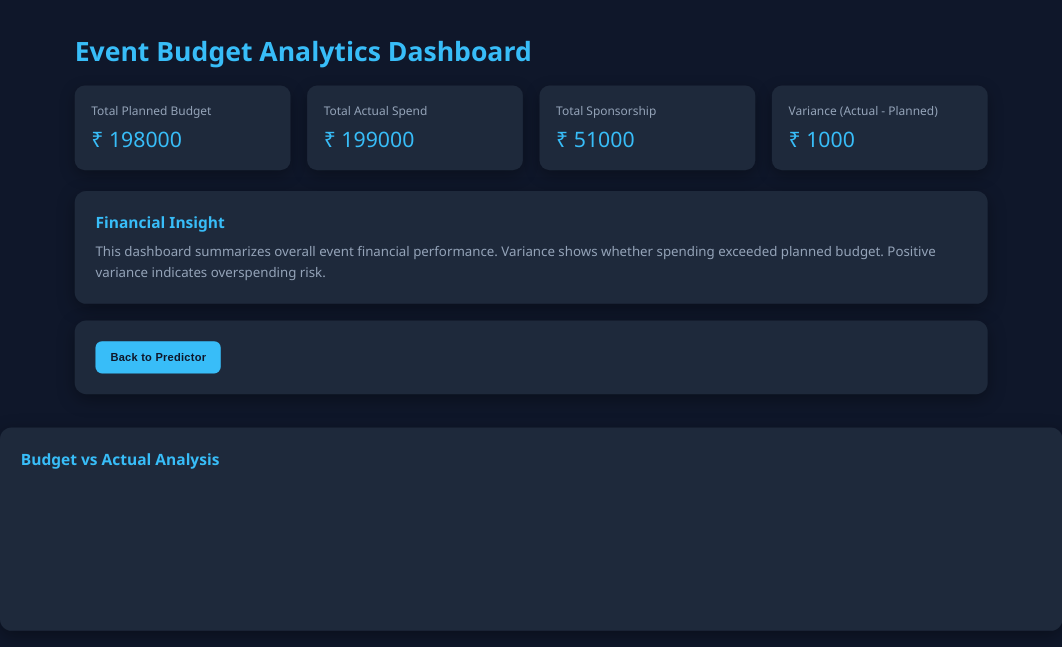
Repository: PratapOP/event-budget-analytics
Page: http://localhost/dashboard
An editor plug-in stored every save of this project. The page is shown before and after the next save, followed by the edit.
The browser window is 1280 px wide. The pictures show the whole page, at 83% of full size.
The page is served by the project's application, run on Flask 3 (app.py).

Above is the page before, as saved 2026-02-21 03:06:19.

### data/event_data.csv
Date,Category,Planned,Actual,Sponsorship
2026-01-01,Marketing,15000,18000,5000
2026-01-02,Logistics,12000,10000,0
2026-01-03,Food,20000,22000,3000
2026-01-04,Venue,30000,28000,10000
2026-01-05,Marketing,15000,13000,4000
2026-01-06,Logistics,10000,11000,2000
2026-01-07,Food,22000,25000,5000
2026-01-08,Venue,35000,33000,12000
2026-01-09,Marketing,18000,20000,6000
2026-01-10,Food,21000,19000,4000

### templates/dashboard.html
<!DOCTYPE html>
<html>
<head>
    <title>Event Budget Analytics Dashboard</title>
    <link rel="stylesheet" href="{{ url_for('static', filename='css/style.css') }}">
</head>

<body>

<div class="container">

    <h1>Event Budget Analytics Dashboard</h1>

    <!-- KPI SECTION -->
    <div class="kpi-grid">

        <div class="kpi-card">
            <div class="kpi-title">Total Planned Budget</div>
            <div class="kpi-value">₹ {{ planned }}</div>
        </div>

        <div class="kpi-card">
            <div class="kpi-title">Total Actual Spend</div>
            <div class="kpi-value">₹ {{ actual }}</div>
        </div>

        <div class="kpi-card">
            <div class="kpi-title">Total Sponsorship</div>
            <div class="kpi-value">₹ {{ sponsorship }}</div>
        </div>

        <div class="kpi-card">
            <div class="kpi-title">Variance (Actual - Planned)</div>
            <div class="kpi-value">₹ {{ variance }}</div>
        </div>

    </div>

    <!-- INSIGHT CARD -->
    <div class="card" style="margin-top:25px;">

        <h3 style="color:#38bdf8;margin-bottom:10px;">
            Financial Insight
        </h3>

        <p style="color:#94a3b8; line-height:1.6;">
            This dashboard summarizes overall event financial performance.
            Variance shows whether spending exceeded planned budget.
            Positive variance indicates overspending risk.
        </p>

    </div>

    <!-- BACK BUTTON -->
    <div class="card">
        <a href="/">
            <button>Back to Predictor</button>
        </a>
    </div>

</div>
<!-- CHART SECTION -->
<div class="card" style="margin-top:25px;">

    <h3 style="color:#38bdf8; margin-bottom:15px;">
        Budget vs Actual Analysis
    </h3>

    <canvas id="budgetChart"></canvas>

</div>
</body>
</html>

### app.py
from flask import Flask, render_template, request, jsonify
import pandas as pd
import pickle

app = Flask(__name__)

# Load trained ML model
model = pickle.load(open("model/budget_model.pkl", "rb"))


# ===============================
# HOME PAGE
# ===============================
@app.route("/")
def index():
    return render_template("index.html")


# ===============================
# DASHBOARD PAGE
# ===============================
@app.route("/dashboard")
def dashboard():

    # Load finance data
    df = pd.read_csv("data/event_data.csv")

    # KPI calculations
    total_planned = df["Planned"].sum()
    total_actual = df["Actual"].sum()
    total_sponsorship = df["Sponsorship"].sum()

    variance = total_actual - total_planned

    # Risk analysis logic
    if variance > 0:
        risk_status = "HIGH RISK"
        risk_color = "#f87171"
        insight = "Spending has exceeded planned budget. Cost control required."
    else:
        risk_status = "SAFE"
        risk_color = "#4ade80"
        insight = "Spending is within planned limits. Budget is under control."

    return render_template(
        "dashboard.html",
        planned=total_planned,
        actual=total_actual,
        sponsorship=total_sponsorship,
        variance=variance,
        risk_status=risk_status,
        risk_color=risk_color,
        insight=insight
    )


# ===============================
# ML PREDICTION API
# ===============================
@app.route("/predict", methods=["POST"])
def predict():

    data = request.json

    planned = float(data["planned"])
    actual = float(data["actual"])
    sponsorship = float(data["sponsorship"])

    prediction = model.predict([[planned, actual, sponsorship]])

    return jsonify({
        "over_budget": int(prediction[0])
    })


# ===============================
# RUN APP
# ===============================
if __name__ == "__main__":
    app.run(debug=True)

### static/css/style.css
/* ===== GLOBAL STYLES ===== */

* {
    margin: 0;
    padding: 0;
    box-sizing: border-box;
}

body {
    font-family: "Segoe UI", sans-serif;
    background: #0f172a;
    color: #e2e8f0;
    min-height: 100vh;
}

/* ===== MAIN CONTAINER ===== */

.container {
    width: 90%;
    max-width: 1100px;
    margin: 40px auto;
}

/* ===== HEADER ===== */

h1 {
    font-size: 2rem;
    margin-bottom: 20px;
    color: #38bdf8;
}

/* ===== CARD STYLE ===== */

.card {
    background: #1e293b;
    padding: 25px;
    border-radius: 14px;
    box-shadow: 0 6px 20px rgba(0,0,0,0.35);
    margin-bottom: 20px;
    transition: transform 0.25s ease;
}

.card:hover {
    transform: translateY(-4px);
}

/* ===== INPUTS ===== */

input {
    width: 100%;
    padding: 12px;
    margin: 10px 0;
    border: none;
    border-radius: 8px;
    background: #334155;
    color: white;
    font-size: 15px;
}

input:focus {
    outline: 2px solid #38bdf8;
}

/* ===== BUTTONS ===== */

button {
    background: #38bdf8;
    color: #0f172a;
    border: none;
    padding: 12px 18px;
    border-radius: 8px;
    font-weight: bold;
    cursor: pointer;
    transition: all 0.25s ease;
}

button:hover {
    background: #0ea5e9;
    transform: scale(1.03);
}

/* ===== RESULT TEXT ===== */

#result {
    margin-top: 15px;
    font-size: 1.1rem;
    font-weight: bold;
}

/* ===== KPI GRID (FOR DASHBOARD LATER) ===== */

.kpi-grid {
    display: grid;
    grid-template-columns: repeat(auto-fit, minmax(220px, 1fr));
    gap: 20px;
}

.kpi-card {
    background: #1e293b;
    padding: 20px;
    border-radius: 12px;
    box-shadow: 0 6px 18px rgba(0,0,0,0.3);
}

.kpi-title {
    font-size: 0.9rem;
    color: #94a3b8;
}

.kpi-value {
    font-size: 1.6rem;
    margin-top: 8px;
    color: #38bdf8;
}

/* ===== SMOOTH PAGE FADE ===== */

body {
    animation: fadeIn 0.6s ease-in;
}

@keyframes fadeIn {
    from {
        opacity: 0;
        transform: translateY(8px);
    }
    to {
        opacity: 1;
        transform: translateY(0);
    }
}

/* ===== KPI ADVANCED EFFECT ===== */

.kpi-card {
    position: relative;
    overflow: hidden;
    transition: all 0.25s ease;
}

.kpi-card::before {
    content: "";
    position: absolute;
    top: 0;
    left: -100%;
    width: 100%;
    height: 3px;
    background: #38bdf8;
    transition: left 0.35s ease;
}

.kpi-card:hover::before {
    left: 0;
}

.kpi-card:hover {
    transform: translateY(-6px);
    box-shadow: 0 10px 24px rgba(0,0,0,0.45);
}

/* ===== BUTTON POLISH ===== */

button {
    letter-spacing: 0.3px;
}

/* ===== RESULT ANIMATION ===== */

#result {
    transition: all 0.25s ease;
}

### static/js/dashboard.js
const ctx = document.getElementById("budgetChart");

new Chart(ctx, {
    type: "bar",
    data: {
        labels: ["Planned Budget", "Actual Spend", "Sponsorship"],
        datasets: [{
            label: "Amount",
            data: [
                parseFloat(document.querySelectorAll(".kpi-value")[0].innerText.replace("₹","")),
                parseFloat(document.querySelectorAll(".kpi-value")[1].innerText.replace("₹","")),
                parseFloat(document.querySelectorAll(".kpi-value")[2].innerText.replace("₹",""))
            ],
            backgroundColor: [
                "rgba(56, 189, 248, 0.7)",
                "rgba(248, 113, 113, 0.7)",
                "rgba(74, 222, 128, 0.7)"
            ],
            borderRadius: 8
        }]
    },
    options: {
        responsive: true,
        plugins: {
            legend: {
                labels: {
                    color: "#e2e8f0"
                }
            }
        },
        scales: {
            x: {
                ticks: {
                    color: "#cbd5e1"
                },
                grid: {
                    color: "rgba(255,255,255,0.05)"
                }
            },
            y: {
                ticks: {
                    color: "#cbd5e1"
                },
                grid: {
                    color: "rgba(255,255,255,0.05)"
                }
            }
        }
    }
});

After the next save:
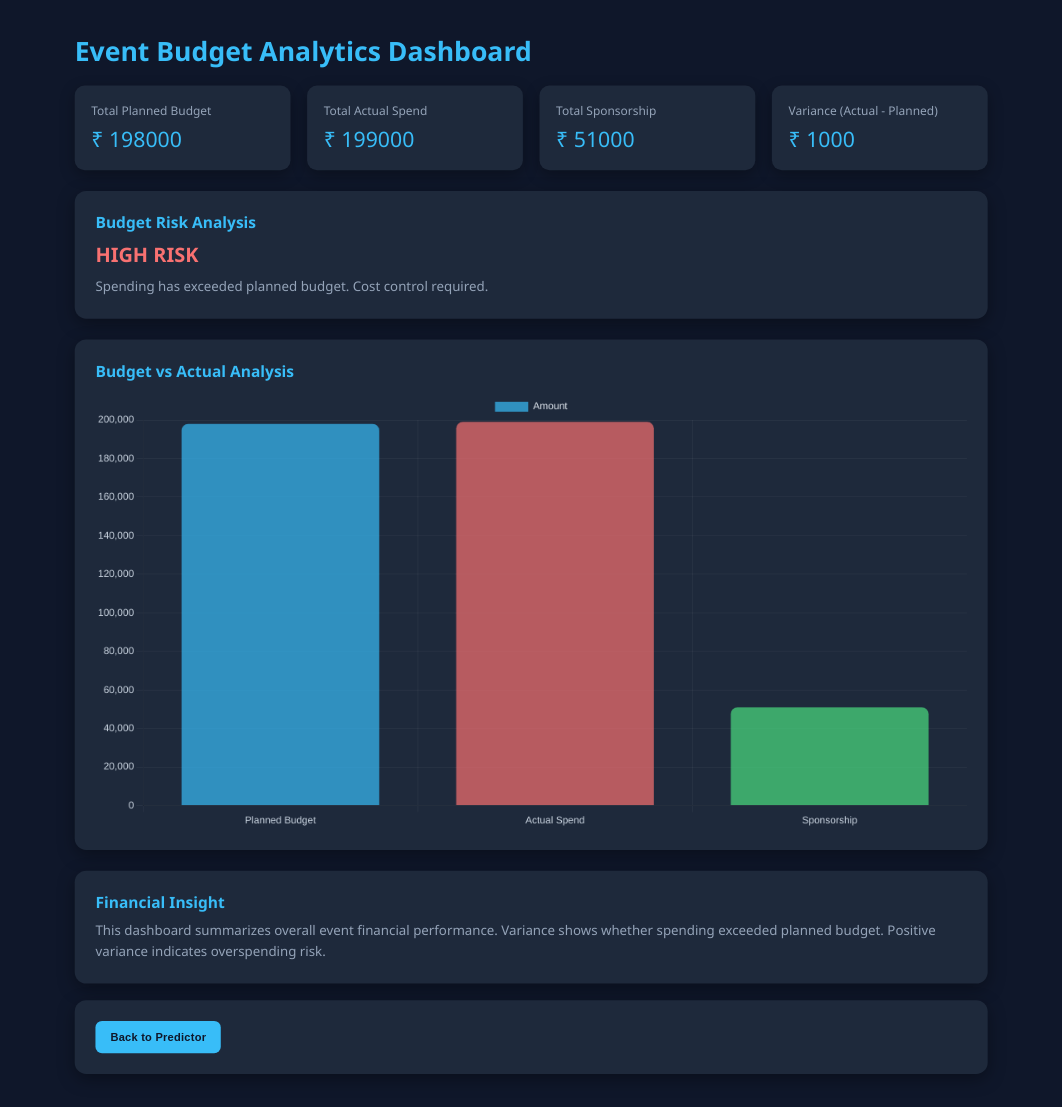
Saved 55 s later.
--- a/templates/dashboard.html
+++ b/templates/dashboard.html
@@ -36,6 +36,34 @@
 
     </div>
 
+    <!-- RISK ANALYSIS PANEL -->
+    <div class="card" style="margin-top:25px;">
+
+        <h3 style="color:#38bdf8; margin-bottom:10px;">
+            Budget Risk Analysis
+        </h3>
+
+        <h2 style="color: {{ risk_color }};">
+            {{ risk_status }}
+        </h2>
+
+        <p style="color:#94a3b8; margin-top:10px; line-height:1.6;">
+            {{ insight }}
+        </p>
+
+    </div>
+
+    <!-- CHART SECTION -->
+    <div class="card" style="margin-top:25px;">
+
+        <h3 style="color:#38bdf8; margin-bottom:15px;">
+            Budget vs Actual Analysis
+        </h3>
+
+        <canvas id="budgetChart"></canvas>
+
+    </div>
+
     <!-- INSIGHT CARD -->
     <div class="card" style="margin-top:25px;">
 
@@ -59,15 +87,10 @@
     </div>
 
 </div>
-<!-- CHART SECTION -->
-<div class="card" style="margin-top:25px;">
 
-    <h3 style="color:#38bdf8; margin-bottom:15px;">
-        Budget vs Actual Analysis
-    </h3>
+<!-- CHART JS -->
+<script src="https://cdn.jsdelivr.net/npm/chart.js"></script>
+<script src="{{ url_for('static', filename='js/dashboard.js') }}"></script>
 
-    <canvas id="budgetChart"></canvas>
-
-</div>
 </body>
 </html>
